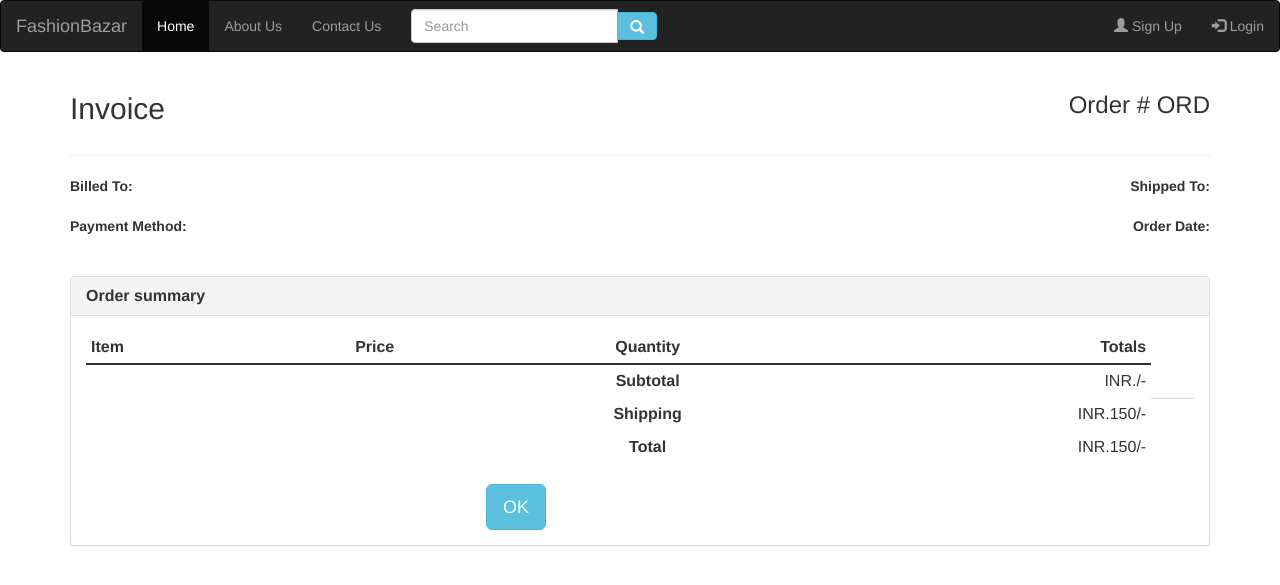
Repository: SmithaMendonca/Project-1
Page: http://localhost/FashionBazarFrontend/WEB-INF/views/Receipt.jsp
The author's editor kept a copy of each file at every save. The page is drawn from the files as they stood at one save, then again after the next save.
The browser window is 1280 px wide. The pictures show the whole page.
The page is served by Tomcat 9. Nobody is signed in. The template is opened directly, without the code that normally fills it, so the values that code supplies are empty.

Above is the page before, as saved 2019-06-06 06:10:18.

After the next save:
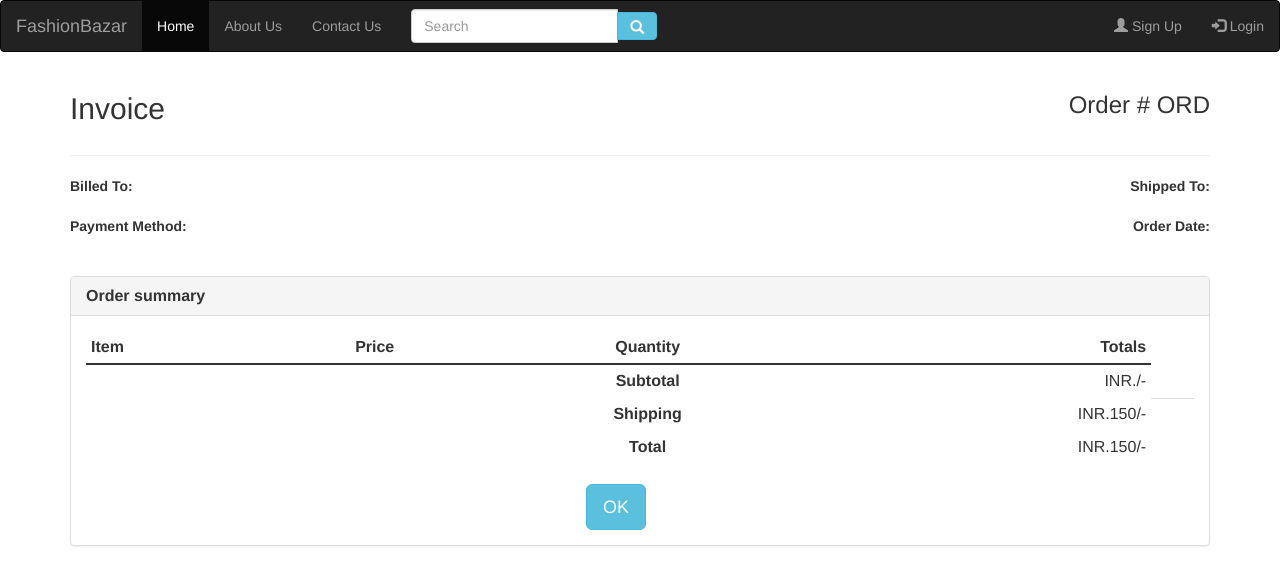
Saved 27 s later.
--- a/FashionBazarFrontend/src/main/webapp/WEB-INF/views/Receipt.jsp
+++ b/FashionBazarFrontend/src/main/webapp/WEB-INF/views/Receipt.jsp
@@ -106,7 +106,7 @@
     							</tr>
     						</tbody>
     					</table>
-    					<input style="margin-left: 400px" type="submit" value="OK" class="btn btn-lg btn-info"/>
+    					<input style="margin-left:500px" type="submit" value="OK" class="btn btn-lg btn-info"/>
     				</div>
     			</div>
     		</div>
